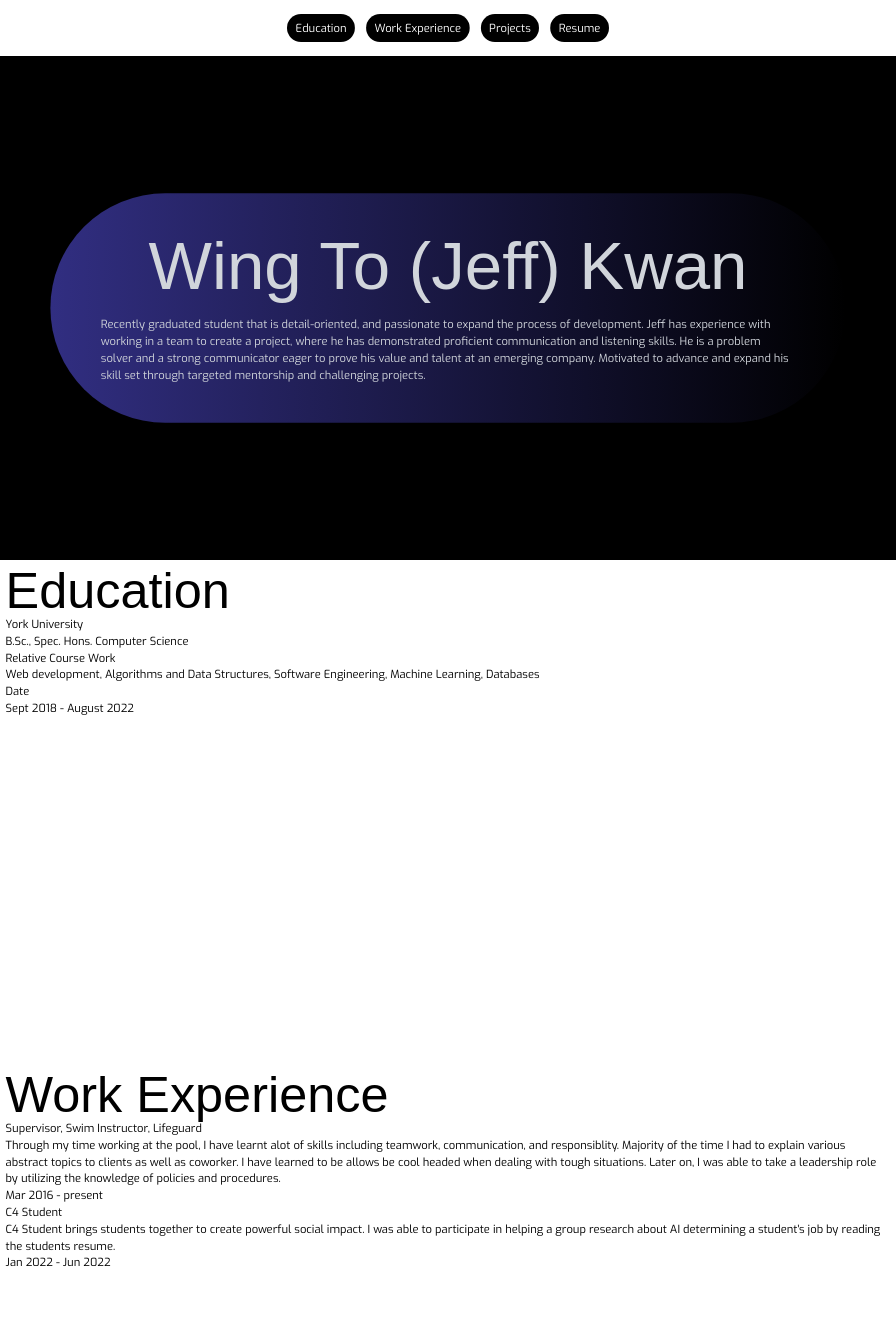
Repository: Jeffkw213/profile_website
Page: /
An editor plug-in stored every save of this project. The page is shown before and after a run of saves, followed by the edit.
The browser window is 1280 px wide. The pictures show the part of the page from y = 0 to 1920 px (the page is 3040 px tall), at 70% of full size.
Some web fonts or font styles are not loaded; a fallback is used. The project was rebuilt for these pictures with package versions that can differ from the ones it lists, and the page was loaded fresh each time. Also part of the build but not shown: vite.config.js.

Above is the page before, as saved 2022-09-26 14:31:25.

### src/index.jsx
import React from 'react';
import ReactDOM from 'react-dom/client';
import App from './App';
import reportWebVitals from './reportWebVitals';
import './index.css';

// DOM creates an instance of your App component, though it can also pass simple JSX without any component instantiation
const root = ReactDOM.createRoot(document.getElementById('root'));
root.render(
  <React.StrictMode>
    <App />
  </React.StrictMode>
);

// If you want to start measuring performance in your app, pass a function
// to log results (for example: reportWebVitals(console.log))
// or send to an analytics endpoint. Learn more: https://bit.ly/CRA-vitals
reportWebVitals();

### src/App.jsx
import Education from './components/Education';
import Nav from './components/Nav';
import Projects from './components/Projects';
import Title from './components/Title';
import Work from './components/Work';
import records from './data/records.json';
import Navitop from './components/NavigationTop'
const App = () => {
  return (
    <div className="m-0 p-0 box-border relative font-Exo min-w-[800]">
      <Navitop />
      <Title {...records.Who} />
      <Education {...records.Education} />
      <Work employ={records.Employment} />
      <Projects />
      <Nav {...records.Social} />
    </div>
  );
};

export default App;

### src/index.css
@import url('https://fonts.googleapis.com/css2?family=Exo:wght@100;400&display=swap');
@import url('http://fonts.cdnfonts.com/css/nexa-bold');

@tailwind base;
@tailwind components;
@tailwind utilities;

### src/components/Education.jsx
export default function Education(props) {
  return (
    <div className="h-screen p-2">
      <div>
        <h1 className="font-Nexa text-7xl">Education</h1>
      </div>
      <p>{props.School}</p>
      <p>{props.Degree}</p>
      <p>Relative Course Work</p>
      <p>{props.RelatativeCoursework}</p>
      <p>Date</p>
      <p>
        {props.Start} - {props.Graduation}
      </p>
    </div>



  );
}

### src/components/Nav.jsx
//This is gonna be the navigation bar
//Need to create a list of
import Git from '../data/GitHub-Mark-64px.png';
import Linkedin from '../data/LI-In-Bug.png';
import Gmail from '../data/Gmail_Logo_64px.png';
export const List = (props) => (
  <nav className="flex justify-center">
    <ul className="">
      <li className="inline-block">
        <a href={props.Linkedin} target="_blank" rel="noopener noreferrer">
          <img src={Linkedin} alt="Linkedin Logo" className="h-16 opacity-[.25]" />
        </a>
      </li>
      <li className="inline-block">
        <a href={props.Github} target="_blank" rel="noopener noreferrer">
          <img src={Git} alt="Git Logo" className="h-16 opacity-[.25]" />
        </a>
      </li>
      <li className="inline-block ml-2">
        <a href={`mailto:${props.Email}?subject=Hi%20I'm%20Stupid`}>
          <img src={Gmail} alt="Gmail Logo" className="h-16 opacity-[.25]" />
        </a>
      </li>
    </ul>
  </nav>
);

export default function Nav(props) {
  return (
    <div
      className="h-20
    relative
    w-full
    py-2
    text-center
    bg-indigo-900"
    >
      <List {...props} />
    </div>
  );
}

### src/components/Projects.jsx
import projects from '../data/projects';

export default function Projects() {
  return (
    <div className='h-screen p-2'>
      {projects.map((item, index) => {
        return (
          <div key={index}>
            <p>{item.name}</p>
            <a href={item.link} target="_blank" rel="noopener noreferrer">
              {item.link}
            </a>
            <p>{item.about}</p>
          </div>
        );
      })}
    </div>
  );
}

### src/components/Title.jsx
// This is the title of the website
// There would be a breif discription of who I am
// And there would be a navigation button to scroll to a certain section of the page


export default function Title({ Name, Description }) {
  return (
    <div className="px-8 min-w-[780px] min-h-screen max-h-screen bg-black flex items-center justify-center">
      <div className="relative max-h-full bg-gradient-to-r from-indigo-900 rounded-full py-10 text-gray-300 opacity-100">
        <h1 className="font-Nexa text-8xl text-center pt-4 pb-2">{Name}</h1>
        <p className="p-4 mx-14 max-w-screen-lg min-w-[50%]">{Description}</p>
      </div>
    </div>
  );
}

### src/components/Work.jsx
export default function Work({ employ }) {
  return (
    <div className="h-screen p-2">
      <h1 className="font-Nexa text-7xl"> Work Experience </h1>
      {employ.map((item, index) => {
        return (
          <div key={index} className="">
            <div></div>
            <p>{item.Role}</p>
            <p>{item.Description}</p>
            <p>{item.Date}</p>
          </div>
        );
      })}
    </div>
  );
}

### src/data/records.json
{
  "Who": {
    "Name": "Wing To (Jeff) Kwan",
    "Location": {
      "City": "Richmond Hill",
      "Province": "Ontario",
      "Country": "Canada",
      "Street": "176 Kimono Crescent",
      "Postal": "L4S 2A4"
    },
    "Description": "Recently graduated student that is detail-oriented, and passionate to expand the process of development. Jeff has experience with working in a team to create a project, where he has demonstrated proficient communication and listening skills. He is a problem solver and a strong communicator eager to prove his value and talent at an emerging company. Motivated to advance and expand his skill set through targeted mentorship and challenging projects.",
    "Skills": {
      "Languages": "Python, Java, Javascript, CSS, HTML, SQL, Prolog, C#, C98, C99",
      "Framework": "Numpy, Pandas, MySQL, React, Node.js",
      "Platform": "Linux, Windows, MACOS, Android",
      "Techniques": "OOP, DataStructures, Machine Learning, Data Mining"
    }
  },
  "Social": {
    "Email": "jeffkwan10@gmail.com",
    "Linkedin": "https://www.linkedin.com/in/jeff-kwan-881a41203/",
    "Github": "https://github.com/Jeffkw213"
  },

  "Education": {
    "School": "York University",
    "Degree": "B.Sc., Spec. Hons. Computer Science",
    "RelatativeCoursework": "Web development, Algorithms and Data Structures, Software Engineering, Machine Learning, Databases",
    "Graduation": "August 2022",
    "Start": "Sept 2018"
  },

  "Employment": [
    {
      "Role": "Supervisor, Swim Instructor, Lifeguard",
      "Where": "City of Richmond Hill",
      "Description": "Through my time working at the pool, I have learnt alot of skills including teamwork, communication, and responsiblity. Majority of the time I had to explain various abstract topics to clients as well as coworker. I have learned to be allows be cool headed when dealing with tough situations. Later on, I was able to take a leadership role by utilizing the knowledge of policies and procedures.",
      "Date": "Mar 2016 - present"
    },
    {
      "Role": "C4 Student",
      "Where": "York University",
      "Description": "C4 Student brings students together to create powerful social impact. I was able to participate in helping a group research about AI determining a student's job by reading the students resume.",
      "Date": "Jan 2022 - Jun 2022"
    }
  ]
}

### src/components/NavigationTop.jsx
export default function ButtonNavi() {
  return (
    <header className="bg-">
      <nav className="p-3 text-center">
        <button
          className="m-2 p-2 px-3 bg-black text-white rounded-full
      transition delay-150 duration-300 ease-in-out hover:scale-110"
        >
          Education
        </button>
        <button
          className="m-2 p-2 px-3 bg-black text-white rounded-full
      transition delay-150 duration-300 ease-in-out hover:scale-110"
        >
          Work Experience
        </button>
        <button
          className="m-2 p-2 px-3 bg-black text-white rounded-full
      transition delay-150 duration-300 ease-in-out hover:scale-110"
        >
          Projects
        </button>
        <a href="/Resume.pdf" target="_blank">
          <button
            className="m-2 p-2 px-3 bg-black text-white rounded-full
        transition delay-150 duration-300 ease-in-out hover:scale-110 hover:bg-indigo-900"
          >
            Resume
          </button>
        </a>
      </nav>
    </header>
  );
}

### src/data/projects.js
export default [
  {
    name: '8-puzzle',
    about: 'Create a 8-puzzle game with python. This project mainly focuses on different ways to find the best solution to solve the puzzle. I have used Best First approach, Depth First, and the Mannhattan Solution. The goal of this project was to expand understanding of different search methods and continue to exercise mastery of the concepts.',
    link: 'https://github.com/jeffkw213/8-puzzle'
  },
  {
    name: '9-puzzle',
    about: 'Hi this is a dummy thing to see if this works properly',
    link: 'https://github.com/jeffkw213/9-puzzle'
  }
];

### tailwind.config.js
/** @type {import('tailwindcss').Config} */
module.exports = {
  content: ['./index.html', './src/**/*.{js,jsx}'],
  theme: {
    extend: {
      fontFamily: {
        Exo : "'Exo', sans-serif",
        Nexa : "'Nexa', sans-serif",
      },
      variants: {
        width: ["responsive", "hover", "focus"]
      },
      minWidth: {
        '1/2': '50%',
      }
    }
  },
  plugins: []
};

Loaded but not shown: public/index.html (common file); src/reportWebVitals.js (common file)

After the next 2 saves:
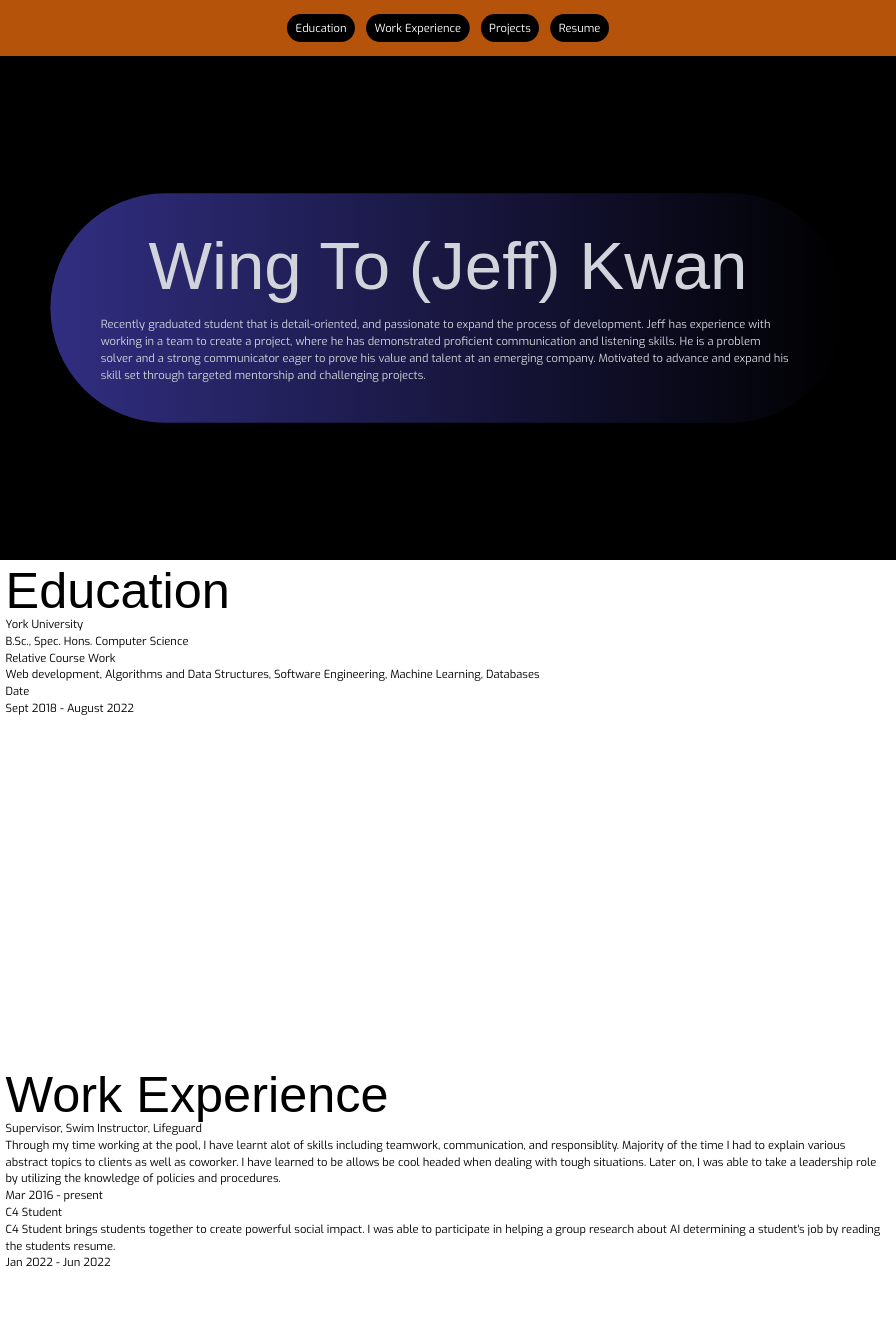
The 2 saves are shown as one change because they came seconds apart.
The last was saved 11 s later.
--- a/src/components/NavigationTop.jsx
+++ b/src/components/NavigationTop.jsx
@@ -1,6 +1,6 @@
 export default function ButtonNavi() {
   return (
-    <header className="bg-">
+    <header className="bg-amber-700">
       <nav className="p-3 text-center">
         <button
           className="m-2 p-2 px-3 bg-black text-white rounded-full
